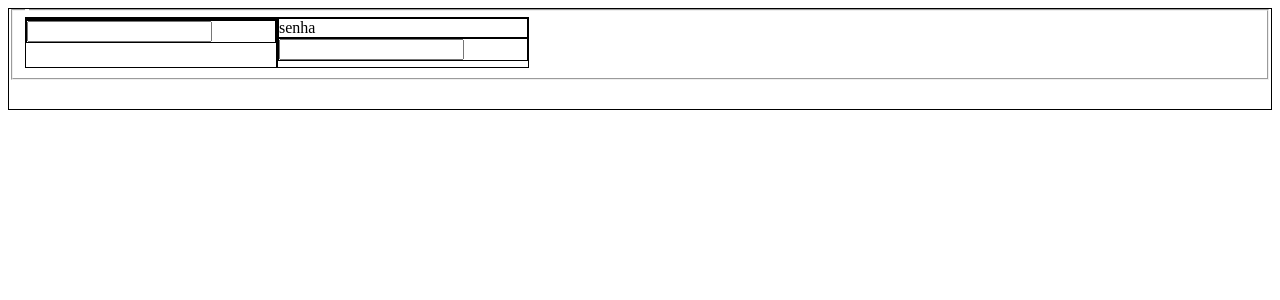
Repository: ermartins/MADASCAR
Page: http://localhost/ProjectPortal_ERM/Login/Login.jsp
The author's editor kept a copy of each file at every save. The page is drawn from the files as they stood at one save, then again after a run of saves.
The browser window is 1280 px wide. The pictures show the whole page.
The page is served by Tomcat 9.

Above is the page before, as saved 2016-10-11 17:51:59.

After the next 2 saves:
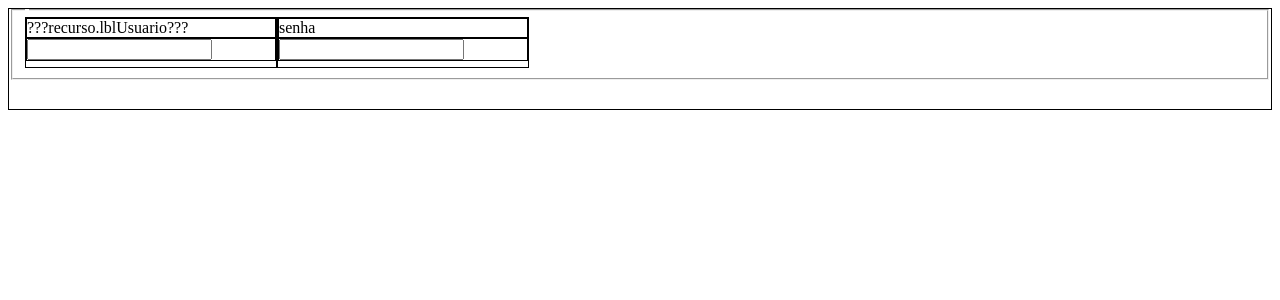
The 2 saves are shown as one change because 1 did not build or start.
The last was saved 2 min 20 s later.
--- a/JAVA/ProjectPortal_ERM/WebContent/Login/Login.jsp
+++ b/JAVA/ProjectPortal_ERM/WebContent/Login/Login.jsp
@@ -17,7 +17,7 @@
 			<legend></legend>
 			<div class="cl_Border" style="float: left; width: 250px; height: 49px;">
 				<div class="cl_Border">
-				<label id ="lblUsuario"><fmt></label>
+				<label id ="lblUsuario"><fmt:message key="recurso.lblUsuario"/></label>
 				</div>
 				<div class="cl_Border">
 					<input type="text" name="txtUsuario">
